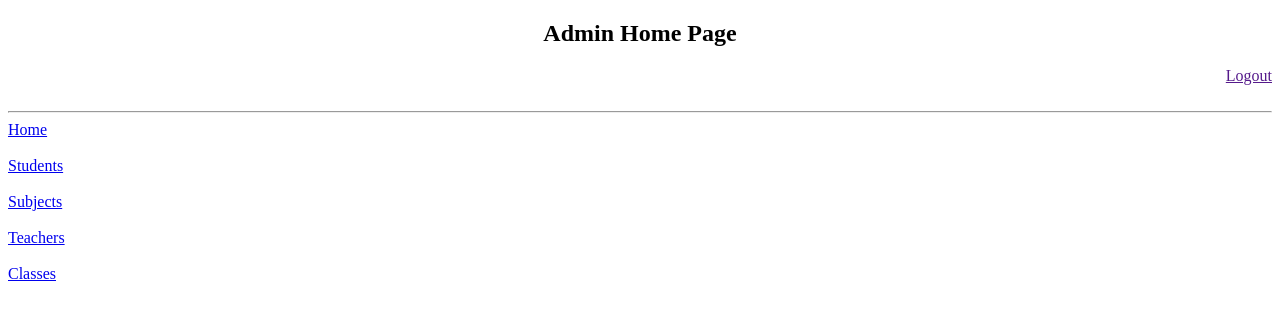
Repository: mdzeyan/JavaFSD-phase2-project
Page: Learners_Academy/src/main/webapp/AdminHome.html
The author's editor kept a copy of each file at every save. The page is drawn from the files as they stood at one save, then again after the next save.
The browser window is 1280 px wide. The pictures show the whole page.

Above is the page before, as saved 2022-04-01 06:42:19.

After the next save:
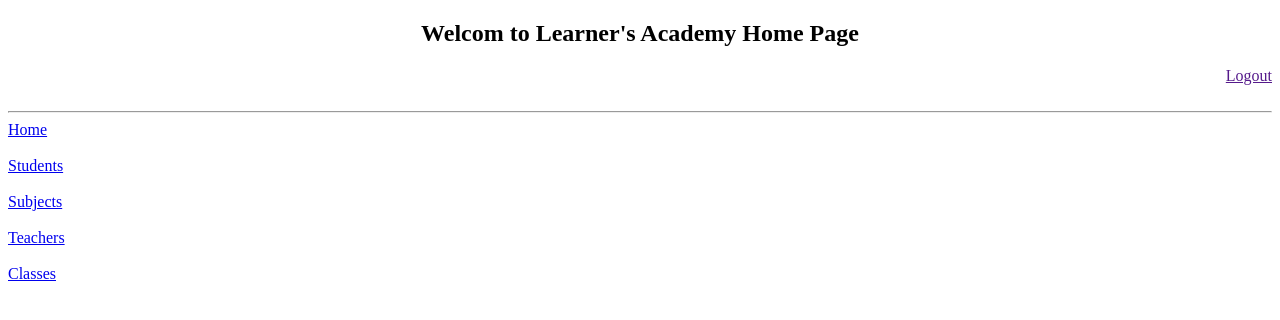
Saved 103 s later.
--- a/Learners_Academy/src/main/webapp/AdminHome.html
+++ b/Learners_Academy/src/main/webapp/AdminHome.html
@@ -6,7 +6,7 @@
 </head>
 <body>
 
-	<h2 align="center">Admin Home Page</h2>
+	<h2 align="center">Welcom to Learner's Academy Home Page</h2>
 	<div align="right"><a href="">Logout</a></div>
 	<br>
 	<hr></hr>
